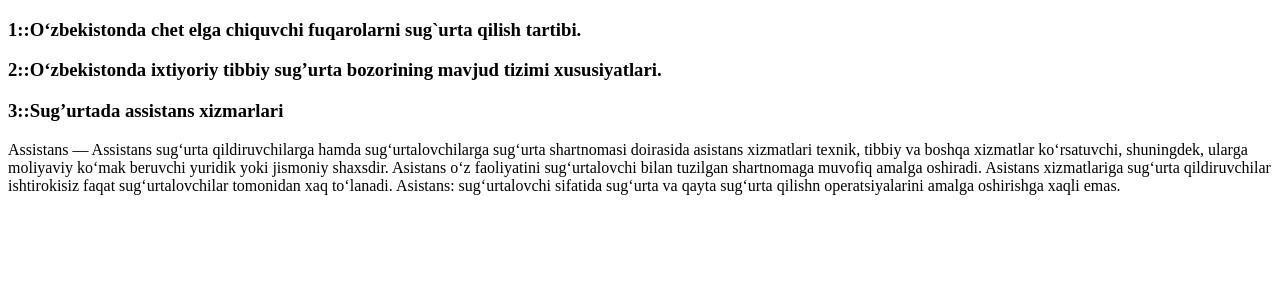
Repository: Ikromkhurozov/exam-inst
Page: index.html
These files come from the project's save history. The page is drawn as it stood at one moment and after the next save; the edit follows.
The browser window is 1280 px wide. The pictures show the whole page.

Above is the page before, as saved 2023-05-21 14:41:49.

### index.html
<!DOCTYPE html>
<html lang="en">
<head>
  <meta charset="UTF-8">
  <meta http-equiv="X-UA-Compatible" content="IE=edge">
  <meta name="viewport" content="width=device-width, initial-scale=1.0">
  <title>Document</title>
</head>
<body>
    <h3>1::O‘zbekistonda chet elga chiquvchi fuqarolarni sug`urta qilish tartibi.</h3>
    <div></div>

    <h3>2::O‘zbekistonda ixtiyoriy tibbiy sugʼurta bozorining mavjud tizimi xususiyatlari.</h3>
    <div></div>

    <h3>3::Sug’urtada assistans xizmarlari</h3>
    <div>
      Assistans — Assistans sugʻurta qildiruvchilarga hamda
      sugʻurtalovchilarga sugʻurta shartnomasi doirasida asistans
      xizmatlari texnik, tibbiy va boshqa xizmatlar koʻrsatuvchi, shuningdek,
      ularga moliyaviy koʻmak beruvchi yuridik yoki jismoniy shaxsdir.
      Asistans oʻz faoliyatini sugʻurtalovchi bilan tuzilgan shartnomaga
      muvofiq amalga oshiradi. Asistans xizmatlariga sugʻurta
      qildiruvchilar ishtirokisiz faqat sugʻurtalovchilar tomonidan xaq
      toʻlanadi. Asistans: sugʻurtalovchi sifatida sugʻurta va qayta sugʻurta
      qilishn operatsiyalarini amalga oshirishga xaqli emas.

    </div>
</body>
</html>

After the next save:
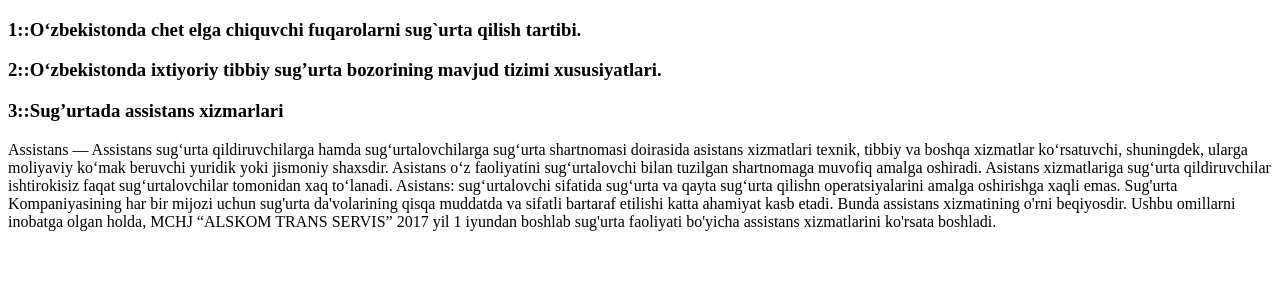
Saved 42 s later.
--- a/index.html
+++ b/index.html
@@ -25,6 +25,12 @@
       toʻlanadi. Asistans: sugʻurtalovchi sifatida sugʻurta va qayta sugʻurta
       qilishn operatsiyalarini amalga oshirishga xaqli emas.
 
+      Sug'urta Kompaniyasining har bir mijozi uchun sug'urta
+da'volarining qisqa muddatda va sifatli bartaraf etilishi katta
+ahamiyat kasb etadi. Bunda assistans xizmatining o'rni
+beqiyosdir. Ushbu omillarni inobatga olgan holda, MCHJ
+“ALSKOM TRANS SERVIS” 2017 yil 1 iyundan boshlab sug'urta
+faoliyati bo'yicha assistans xizmatlarini ko'rsata boshladi.
     </div>
 </body>
 </html>
